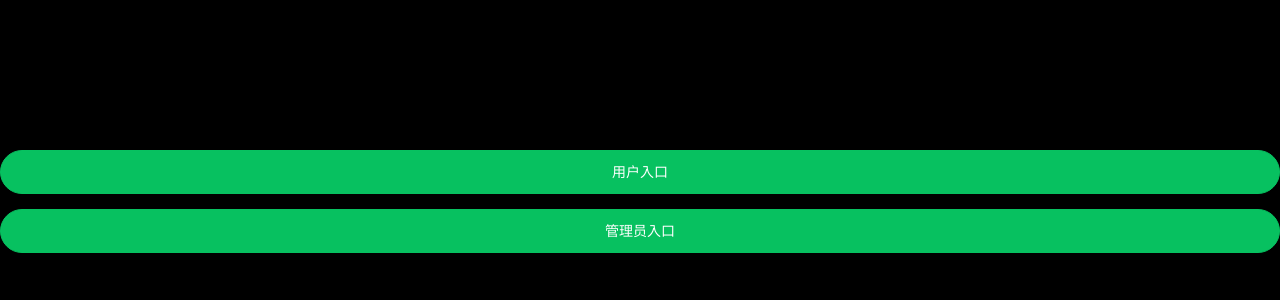
Repository: fisher002/sports
Page: /
The author's editor kept a copy of each file at every save. The page is drawn from the files as they stood at one save, then again after the next save.
The browser window is 1280 px wide. The pictures show the whole page.
The project was rebuilt for these pictures with package versions that can differ from the ones it lists, and the page was loaded fresh each time. Also part of the build but not shown: src/components/public/bottom.vue, src/views/mobile-index/indexUrl.js, src/views/mobile-admin/admin-login/loginUrl.js, src/components/public/top.vue, src/views/mobile-index/mobileIndex.vue, src/utils/comUtils.js, src/views/mobile-index/index.vue, src/views/mobile-index/detailcompate.vue and 68 more.

Above is the page before, as saved 2020-05-04 13:38:42.

After the next save:
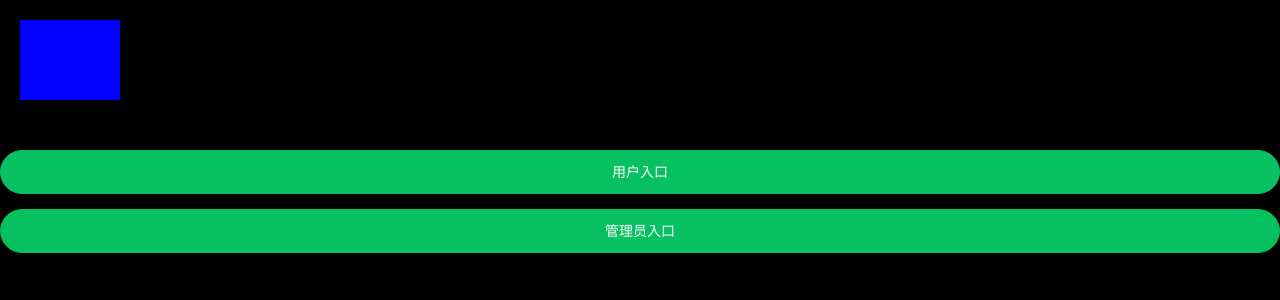
Saved 61 s later.
--- a/src/views/index.vue
+++ b/src/views/index.vue
@@ -27,14 +27,16 @@ export default {
     let x = 0,
       y = 0;
     let ctx = canvas.getContext("2d");
-    setTimeout(() => {
-      ctx.beginPath();
-      ctx.shadowBlur = 20;
-      ctx.shadowColor = "#000000";
-      ctx.fillStyle = "#ffffff";
-      ctx.arc(100, 100, 50, 0, 2 * Math.PI, true);
-      ctx.stroke();
-    }, 1000);
+    // ctx.beginPath();
+    // ctx.shadowBlur = 20;
+    // ctx.shadowColor = "#000000";
+    // ctx.fillStyle = "#ffffff";
+    // ctx.arc(100, 100, 50, 0, 2 * Math.PI, true);
+    // ctx.stroke();
+    ctx.shadowBlur = 20;
+    ctx.shadowColor = "black";
+    ctx.fillStyle = "blue";
+    ctx.fillRect(20, 20, 100, 80);
   },
   methods: {
     /**获取屏幕宽高 */
